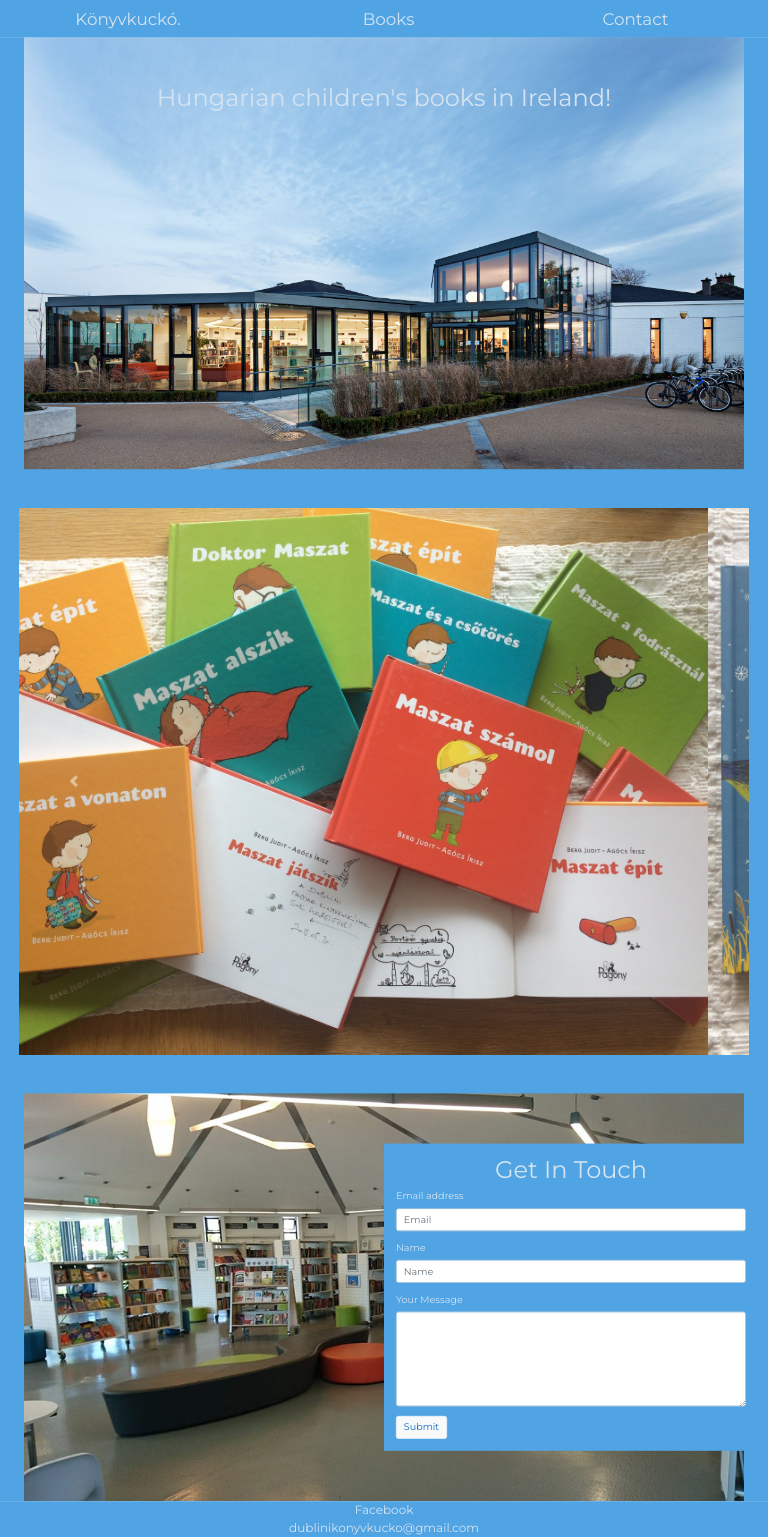
Repository: taikatta/Konyvkucko
Page: index.html
The author's editor kept a record of every edit. The page is drawn from the files as they stood at one moment, then again after the next edit.
The browser window is 1280 px wide. The pictures show the whole page, at 60% of full size.
Backgrounds fixed to the window are drawn as part of the page.

Above is the page before.

### index.html
<!DOCTYPE html>
<html lang="en">

<head>
    <meta charset="UTF-8">
    <meta name="viewport" content="width=device-width, initial-scale=1.0">
    <meta http-equiv="X-UA-Compatible" content="ie=edge">
    <link rel="stylesheet" href="https://stackpath.bootstrapcdn.com/bootstrap/4.3.1/css/bootstrap.min.css" type="text/css" />
    <link rel="stylesheet" href="https://stackpath.bootstrapcdn.com/font-awesome/4.7.0/css/font-awesome.min.css" type="text/css" />

    <link rel="stylesheet" href="css/style.css" type="text/css" />
    <title>Dublini Magyar Könyvkuckó</title>
</head>

<body>
    <header>
        <div class="row no-gutters">
            <a href="index.html" style="text-decoration: none" class="col-md-4 brand">Könyvkuckó.</a>
            <div class="col-md-8 d-none d-md-block">
                <div class="col">
                    <ul id="nav" class="list-inline menucontainer">
                        <li class="col-6 list-inline-item menuitem">
                            <a href="#books"><span>Books</span></a>
                        </li>
                        <li class="col-6 list-inline-item menuitem">
                            <a href="#contact"><span>Contact</span></a>
                        </li>
                    </ul>
                </div>
            </div>
        </div>
    </header>


    <section>
        <div class="home-background firstphoto">
            <h1 class="introduction">Hungarian children's books in Ireland!</h1>
        </div>


        <section id="books" class="jumbotron">
            <div id="carouselExampleControls" class="carousel slide" data-ride="carousel">
                <div class="carousel-inner">
                    <div class="carousel-item active">
                        <img class="d-block w-100" src="images/Maszat.jpg" alt="Maszat">
                    </div>
                    <div class="carousel-item">
                        <img class="d-block w-100" src="images/Lenge.jpg" alt="Lenge mesek">
                    </div>
                    <div class="carousel-item">
                        <img class="d-block w-100" src="images/Varro.jpg" alt="Varro Dani">
                    </div>
                </div>
                <a class="carousel-control-prev" href="#carouselExampleControls" role="button" data-slide="prev">
                <span class="carousel-control-prev-icon" aria-hidden="true"></span>
                <span class="sr-only">Previous</span>
             </a>
                <a class="carousel-control-next" href="#carouselExampleControls" role="button" data-slide="next">
                <span class="carousel-control-next-icon" aria-hidden="true"></span>
                <span class="sr-only">Next</span>
              </a>
            </div>
        </section>


       <!-- <div class="home-background secondphoto">
        </div> -->

        <section id="contact" class="jumbotron">
            <div class="row">
                <div class="col-sm-6"></div>
                <div class="col-xs-12 col-sm-6" id= "contactform" >
                    <h1 style="text-align: center">Get In Touch</h1>
                    <form>
                        <div class="form-group">
                            <label for="exampleFormControlInput1">Email address</label>
                            <input type="email" class="form-control" id="exampleFormControlInput1" placeholder="Email">
                        </div>
                        <div class="form-group">
                            <label for="exampleFormControlInput1">Name</label>
                            <input type="text" class="form-control" id="exampleFormControlInput1" placeholder="Name">
                        </div>

                        <div class="form-group">
                            <label for="exampleFormControlTextarea1">Your Message</label>
                            <textarea class="form-control" id="exampleFormControlTextarea1" rows="6"></textarea>
                        </div>
                        <button type="submit" class="btn btn-light" style="color: #116bba">Submit</button>
                    </form>

                </div>
            </div>

        </section>

      <!--  <div class="home-background thirdphoto">
        </div> -->

    </section>
    <footer>
        <div>
            <a href="https://www.facebook.com/konyvkucko/" target="_blank" style="text-decoration: none">
                <span style="color: #d4e3f2">Facebook</span></a>
            <br>
            <span>dublinikonyvkucko@gmail.com</span>
        </div>
    </footer>

    <script src="https://code.jquery.com/jquery-3.3.1.slim.min.js" integrity="sha384-q8i/X+965DzO0rT7abK41JStQIAqVgRVzpbzo5smXKp4YfRvH+8abtTE1Pi6jizo" crossorigin="anonymous"></script>
    <script src="https://cdnjs.cloudflare.com/ajax/libs/popper.js/1.14.7/umd/popper.min.js" integrity="sha384-UO2eT0CpHqdSJQ6hJty5KVphtPhzWj9WO1clHTMGa3JDZwrnQq4sF86dIHNDz0W1" crossorigin="anonymous"></script>
    <script src="https://stackpath.bootstrapcdn.com/bootstrap/4.3.1/js/bootstrap.min.js" integrity="sha384-JjSmVgyd0p3pXB1rRibZUAYoIIy6OrQ6VrjIEaFf/nJGzIxFDsf4x0xIM+B07jRM" crossorigin="anonymous"></script>

</body>

</html>

### css/style.css
@import url('https://fonts.googleapis.com/css?family=Montserrat&display=swap:100, 200, 300, 400, 500, 600, 700');

/*--------------------------------------------Colors*/

header {
    margin: 0;
    background-color: #51a4e3; /* #1d7fcf; */
    text-align: center;
}


.introduction {
    text-align: center;
    height: 560px;

}

section {
    background-color: #51a4e3;
}

html {
  scroll-behavior: smooth;
}

#contactform {
    background-color: #51a4e3;
    margin: 20px auto;
    padding: 20px;
    color: #d4e3f2;
}

#contactform > h2 {
    color: #d4e3f2;
}

#contact {
    background: url("../images/deansgrange4.jpg") no-repeat center fixed;
}

.jumbotron {
    margin: 0;
}

.home-background {
    color: #d4e3f2;
    height: 100vh;
    background-position: center;
    -webkit-background-size: cover;
    -moz-background-size: cover;
    -o-background-size: cover;
    background-size: cover;
    display: flex;
    align-items: center;
    justify-content:center;
    position: relative;
}

.firstphoto {
    background: url("../images/deansgrange1.jpg") no-repeat center fixed;
}

.secondphoto {
    background: url("../images/deansgrange3.jpg") no-repeat center fixed;
}

body {
    font-family: "Montserrat", sans-serif;
}

h2 {
    text-align: center;
    color: #116bba;
}


.list-inline-item:not(:last-child) {
    margin: 0;
}

#books {
    margin: 0;
    background-color: #51a4e3;
}

#books > h2 {
    color: #d4e3f2;;
}

.menucontainer {
    font-size: 0;
    min-height: 60px;
}

.menuitem a {
    width: 100%;
    text-decoration: none;
}

#nav li {
    font-weight: 200;
    font-size: 28px;
    margin-top: 10px;
    margin-bottom: 10px;
    text-align: center;
}

#nav span {
    color: #d4e3f2;
}

.brand {
    color: #d4e3f2;
    font-weight: 200;
    font-size: 28px;
    margin-top: 10px;
    margin-bottom: 10px;
    text-align: center;
}

.brand:hover {
    color: #d4e3f2;
}

#nav {
    margin: 0;
}


.page-title h1 {
    padding-top: 10px;
    text-align: center;
}

.container {
    padding: 10px 0;
    background-color: #d4e3f2;

}

#button1, #button2, #button3, #button4 {
    margin-top: 10px;
    margin-bottom: 10px;
}

footer  {
    font-weight: 100;
    font-size: 20px;
    color: #d4e3f2;
    background-color: #51a4e3;
    text-align: center;
    margin: 0;
}

After the next edit:
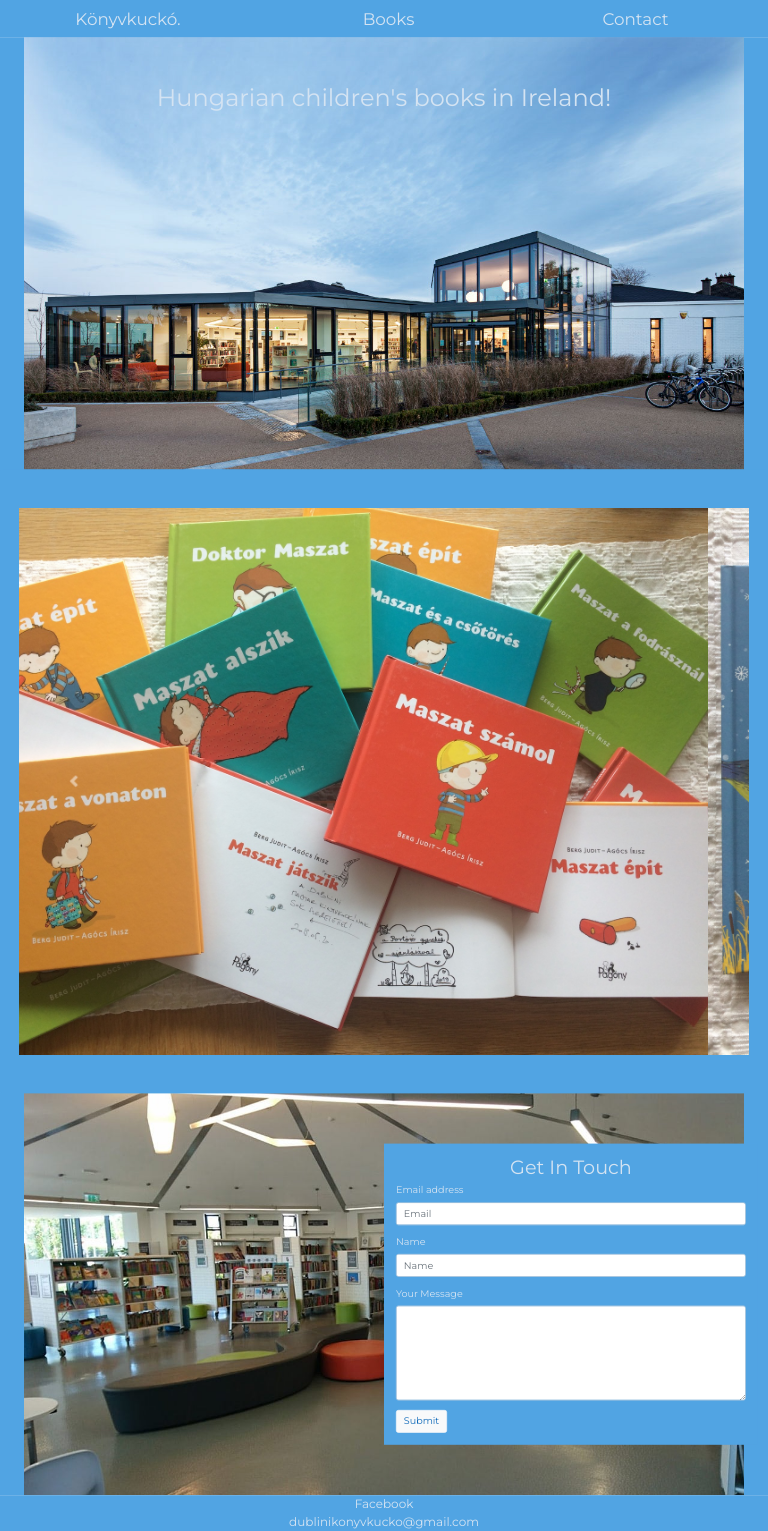
The edit:
--- a/index.html
+++ b/index.html
@@ -70,7 +70,7 @@
             <div class="row">
                 <div class="col-sm-6"></div>
                 <div class="col-xs-12 col-sm-6" id= "contactform" >
-                    <h1 style="text-align: center">Get In Touch</h1>
+                    <h2 style="text-align: center">Get In Touch</h1>
                     <form>
                         <div class="form-group">
                             <label for="exampleFormControlInput1">Email address</label>
